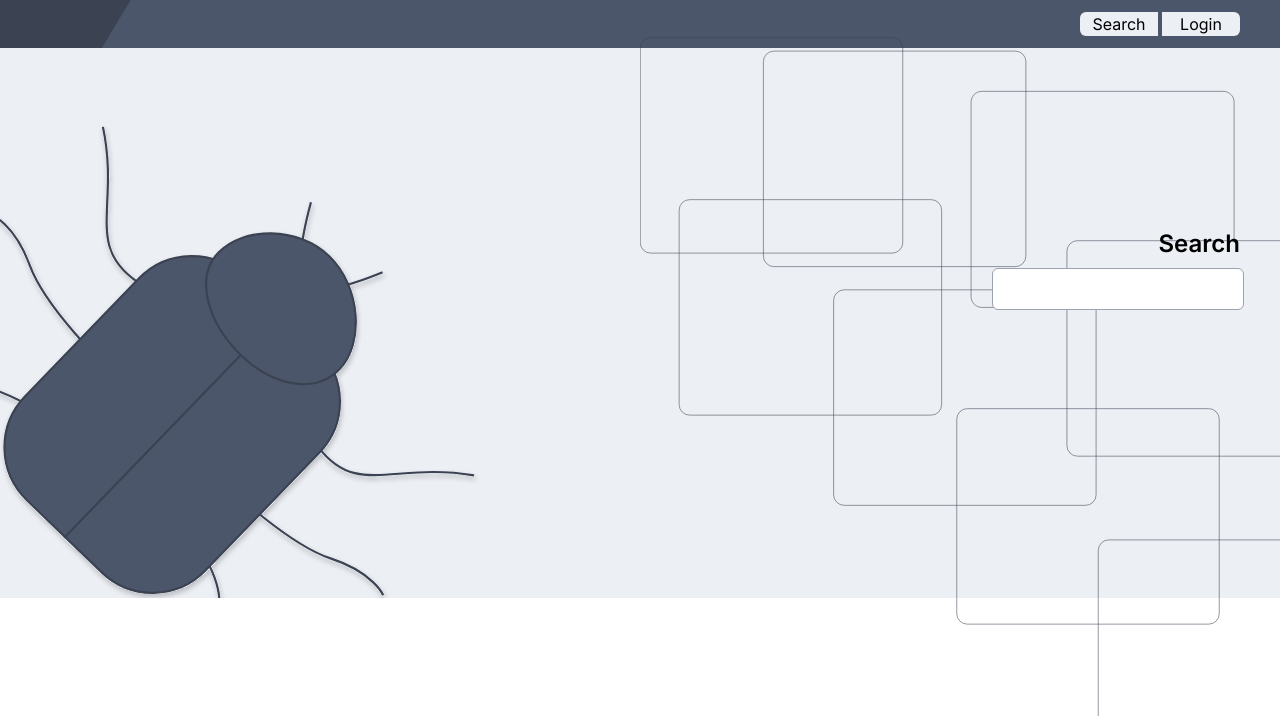
Repository: Qu4ntumGuy/project-bug
Page: /
An editor plug-in stored every save of this project. The page is shown before and after the next save, followed by the edit.
The browser window is 1280 px wide. The pictures show the whole page.
The project was rebuilt for these pictures with package versions that can differ from the ones it lists, and the page was loaded fresh each time. The framework's server and built-in components were replaced by stand-ins that run in the browser. Also part of the build but not shown: next.config.mjs.

Above is the page before, as saved 2024-02-12 00:10:52.

After the next save:
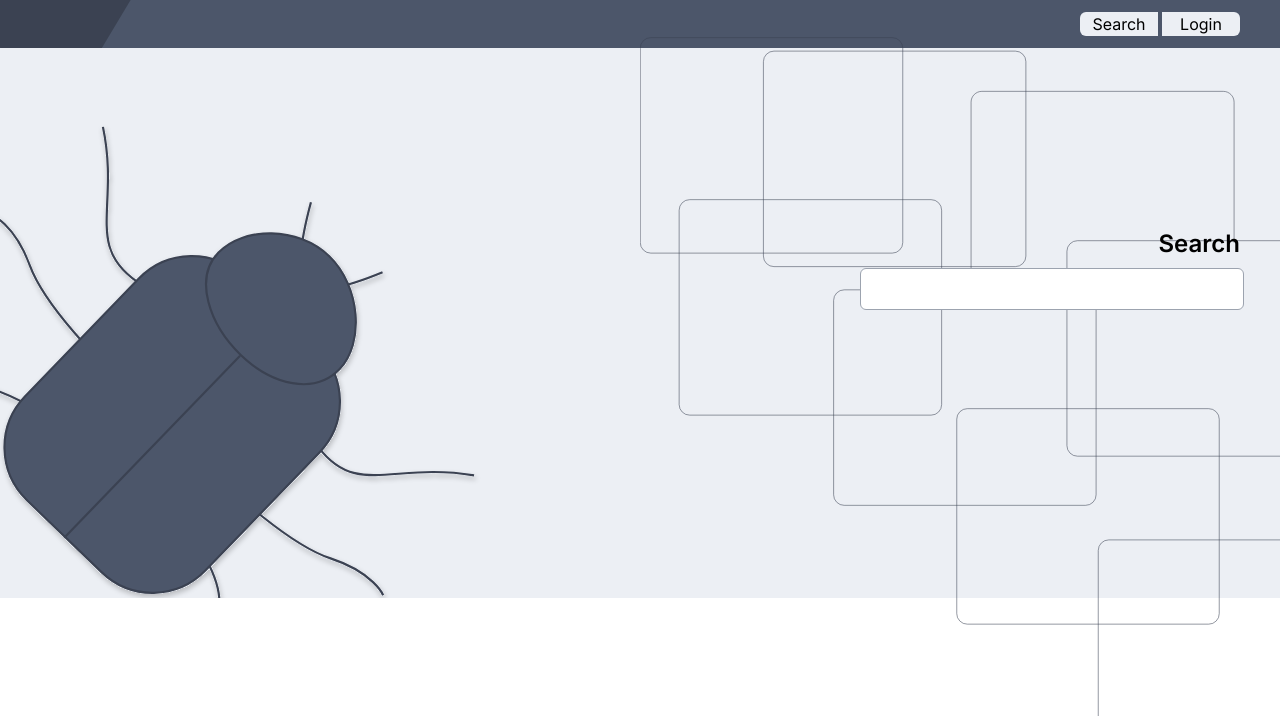
Saved 19 s later.
--- a/src/app/page.js
+++ b/src/app/page.js
@@ -29,7 +29,7 @@ export default function Home() {
               Search
             </label>
             <input
-              className="p-2 m-2 border border-gray-400 rounded-md"
+              className="p-2 w-full m-2 border border-gray-400 rounded-md"
               type="text"
             />
           </form>
